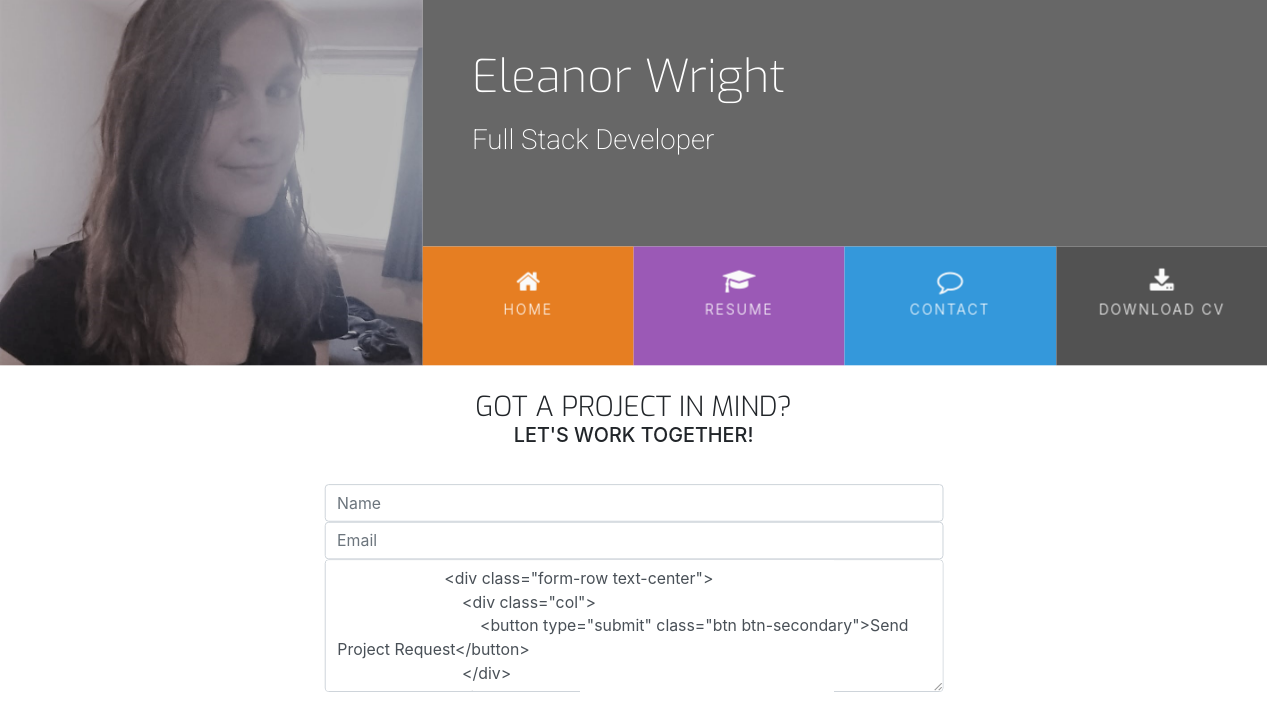
Repository: eleanorpro/resume
Page: contact.html
The author's editor kept a record of every edit. The page is drawn from the files as they stood at one moment, then again after the next edit.
The browser window is 1280 px wide. The pictures show the whole page, at 99% of full size.
Some web libraries are served in a nearby version.

Above is the page before.

After the next edit:
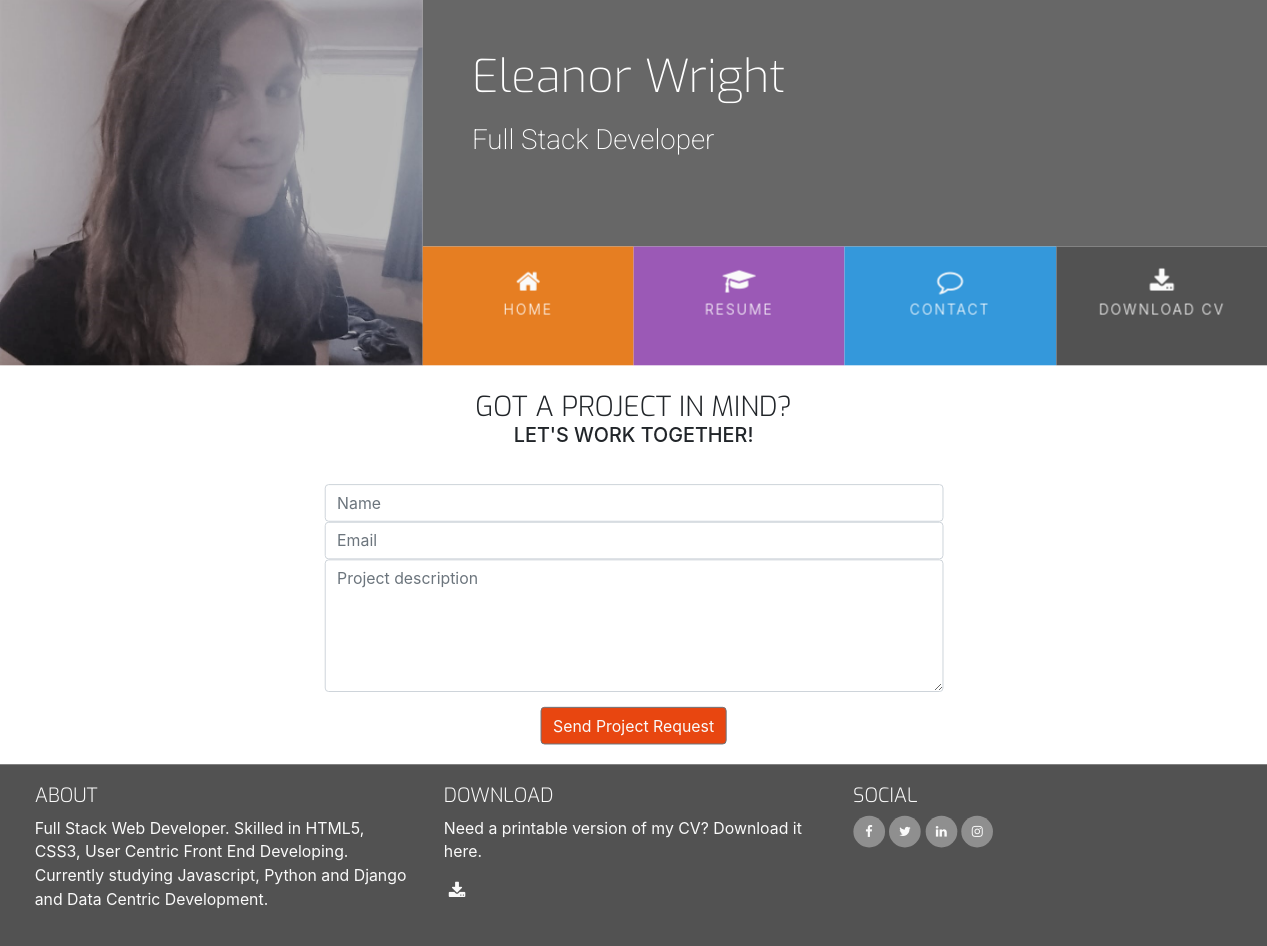
The edit:
--- a/contact.html
+++ b/contact.html
@@ -56,7 +56,7 @@
                     <form>
                         <input type="text" name="name" id="fullname" class="form-control" placeholder="Name" required/>
                         <input type="email" name="email" id="emailaddress" class="form-control" placeholder="Email" required/>
-                        <textarea rows="5" name="projectsummary" id="projectsummary" class="form-control" placeholder="Project description" required/>
+                        <textarea rows="5" name="projectsummary" id="projectsummary" class="form-control" placeholder="Project description" required/></textarea>
                         <div class="form-row text-center">
                             <div class="col">
                                 <button type="submit" class="btn btn-secondary">Send Project Request</button>
